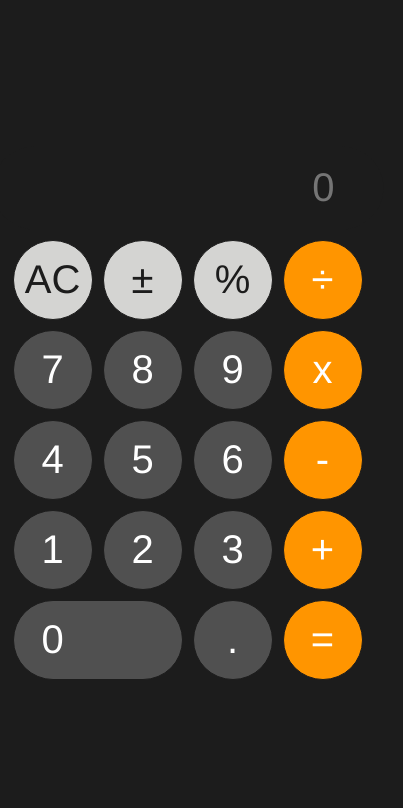
Repository: robbymcd/Calculator
Page: index.html
An editor plug-in stored every save of this project. The page is shown before and after the next save, followed by the edit.
The browser window is 375 px wide. The page is 384 px wide, then 403 px, so the pictures cover 403 px, including what lies to the right of the window. The pictures show the whole page.

Above is the page before, as saved 2023-01-06 14:20:56.

After the next save:
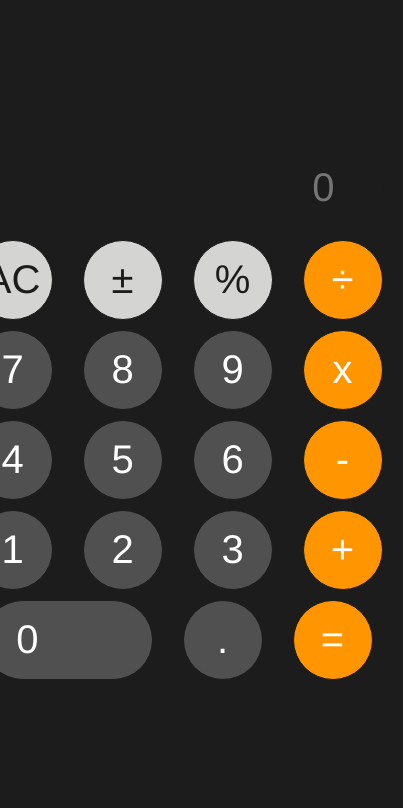
Saved 5 min 29 s later.
--- a/styles.css
+++ b/styles.css
@@ -111,11 +111,11 @@ button:hover {
         gap: 5px;
     }
     button {
-        text-align: center;
         width: 80px;
         height: 80px;
         font-size: 40px;
         gap: 5px;
+        margin-right: 20px;
     }
     #display {
         width: 340px;
